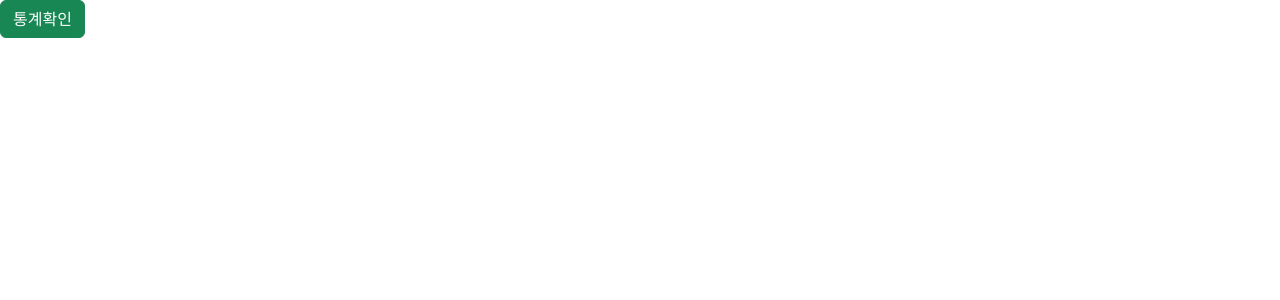
Repository: Hugh-KR/AccountBook
Page: http://localhost/Account_Book/hello.jsp
The author's editor kept a copy of each file at every save. The page is drawn from the files as they stood at one save, then again after the next save.
The browser window is 1280 px wide. The pictures show the whole page.
The page is served by Tomcat 9. Nobody is signed in. The application's start-up code is not run.

Above is the page before, as saved 2022-12-05 01:42:16.

After the next save:
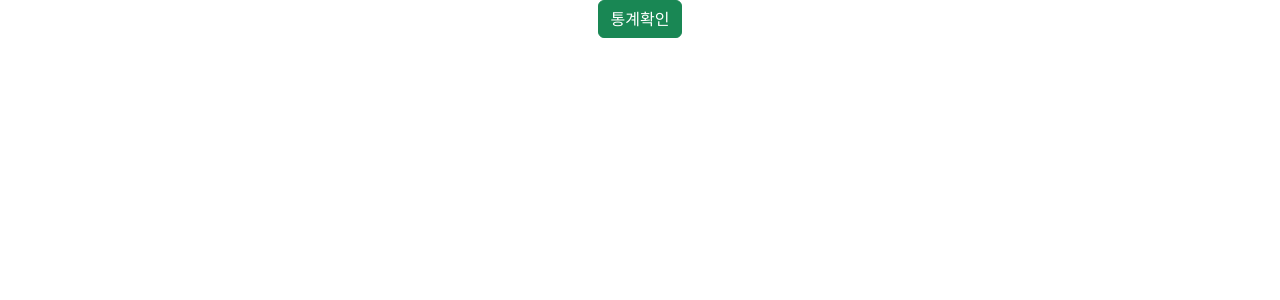
Saved 71 s later.
--- a/Account_Book/src/main/webapp/hello.jsp
+++ b/Account_Book/src/main/webapp/hello.jsp
@@ -7,6 +7,11 @@
 <title>캘린더조회</title>
 <link href="https://cdn.jsdelivr.net/npm/bootstrap@5.2.3/dist/css/bootstrap.min.css" rel="stylesheet">
   <script src="https://cdn.jsdelivr.net/npm/bootstrap@5.2.3/dist/js/bootstrap.bundle.min.js"></script>
+  <style>
+  div {
+  text-align: center;
+  }
+  </style>
 </head>
 <body>
 <div>
